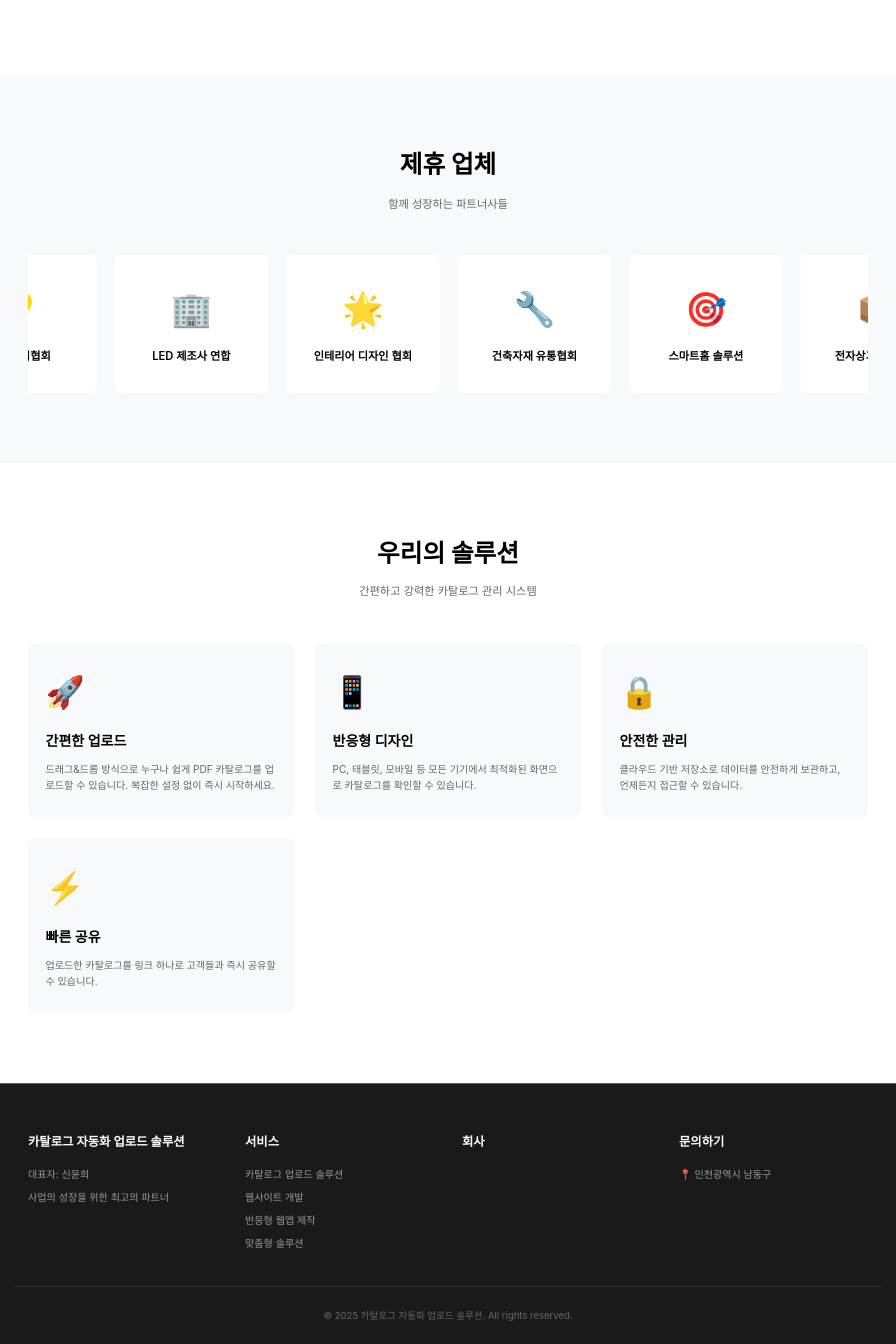
Repository: ororso11/catamaster
Page: index.html
The author's editor kept a copy of each file at every save. The page is drawn from the files as they stood at one save, then again after the next save.
The browser window is 1280 px wide. The pictures show the part of the page from y = 1032 to 2952 px (the page is 2952 px tall), at 70% of full size.

Above is the page before, as saved 2025-10-05 00:08:50.

After the next save:
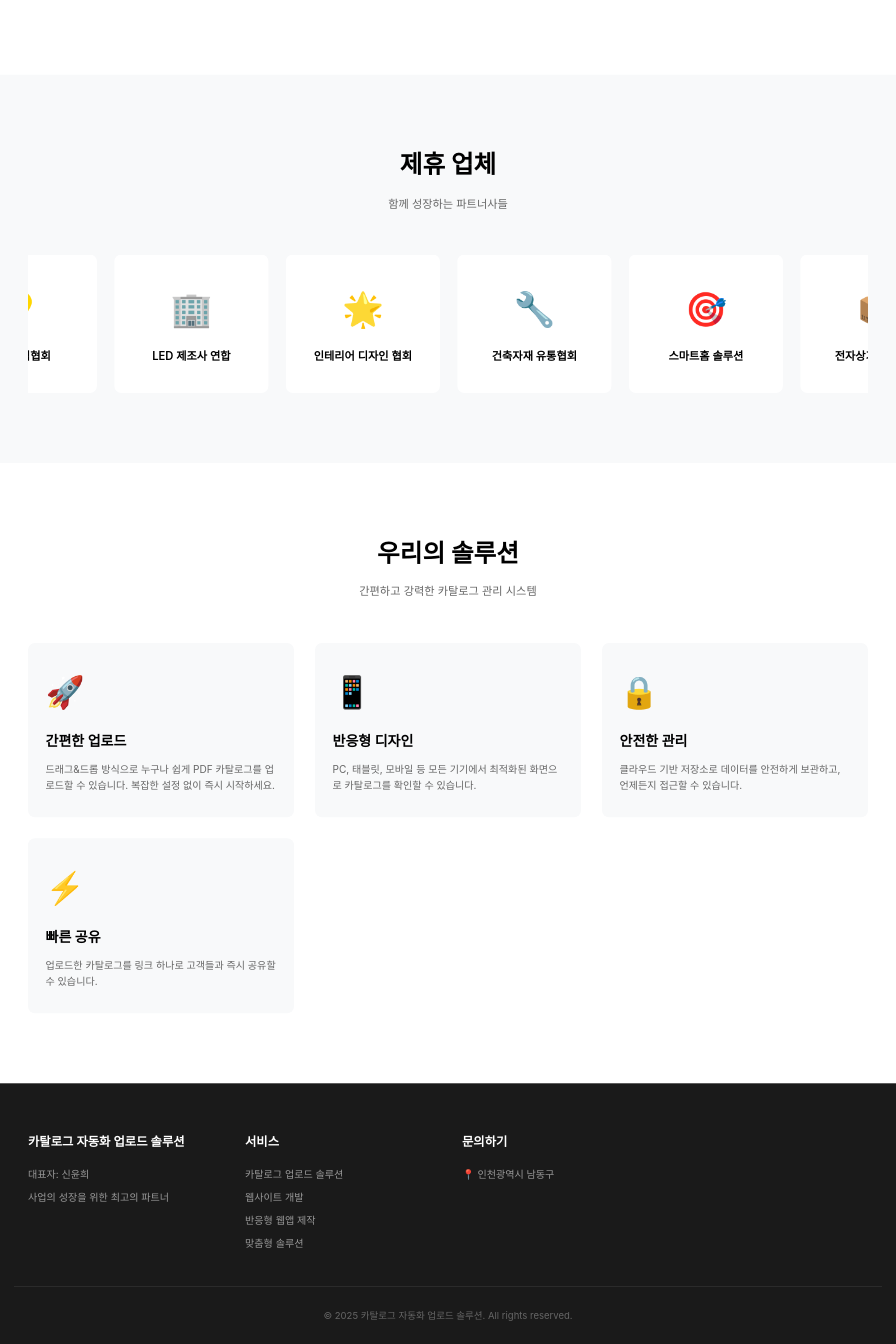
Saved 7 s later.
--- a/index.html
+++ b/index.html
@@ -153,14 +153,6 @@
             </div>
 
             <div class="footer-section">
-                <h3>회사</h3>
-                <!-- <a href="#home">회사소개</a>
-                <a href="#partners">제휴 문의</a>
-                <a href="#contact">고객지원</a>
-                <a href="#contact">개인정보처리방침</a> -->
-            </div>
-
-            <div class="footer-section">
                 <h3>문의하기</h3>
                 <!-- <p>📧 info@catalogsolution.com</p> -->
                 <!-- <p>📞 02-1234-5678</p> -->
